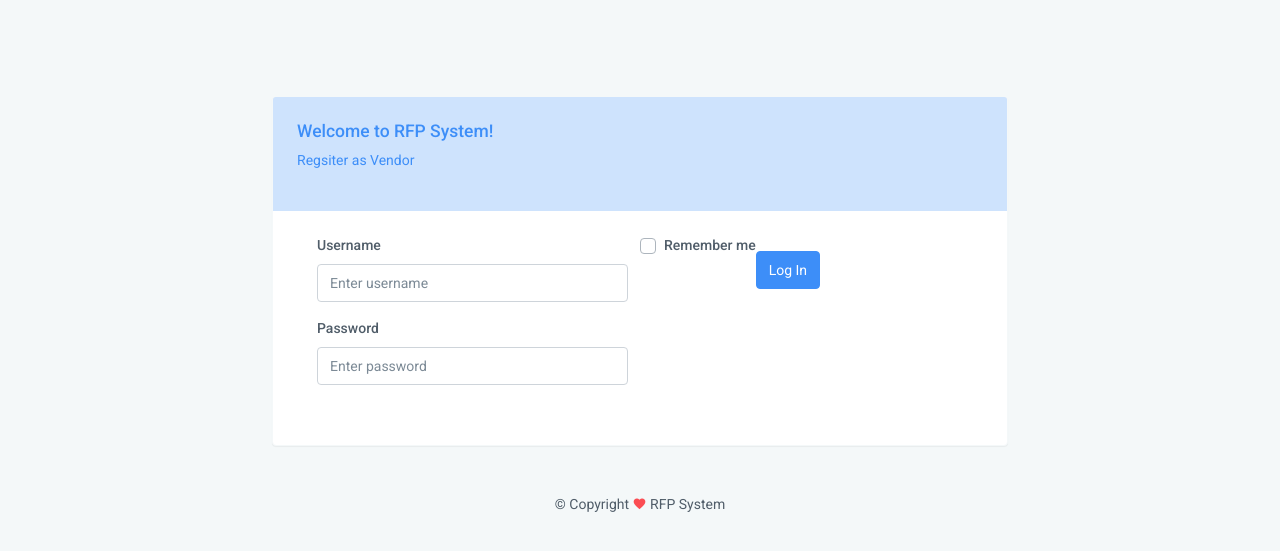
Repository: saurabhgithb/RFP-System
Page: register.html
The author's editor kept a copy of each file at every save. The page is drawn from the files as they stood at one save, then again after the next save.
The browser window is 1280 px wide. The pictures show the whole page.

Above is the page before, as saved 2023-01-04 14:27:12.

After the next save:
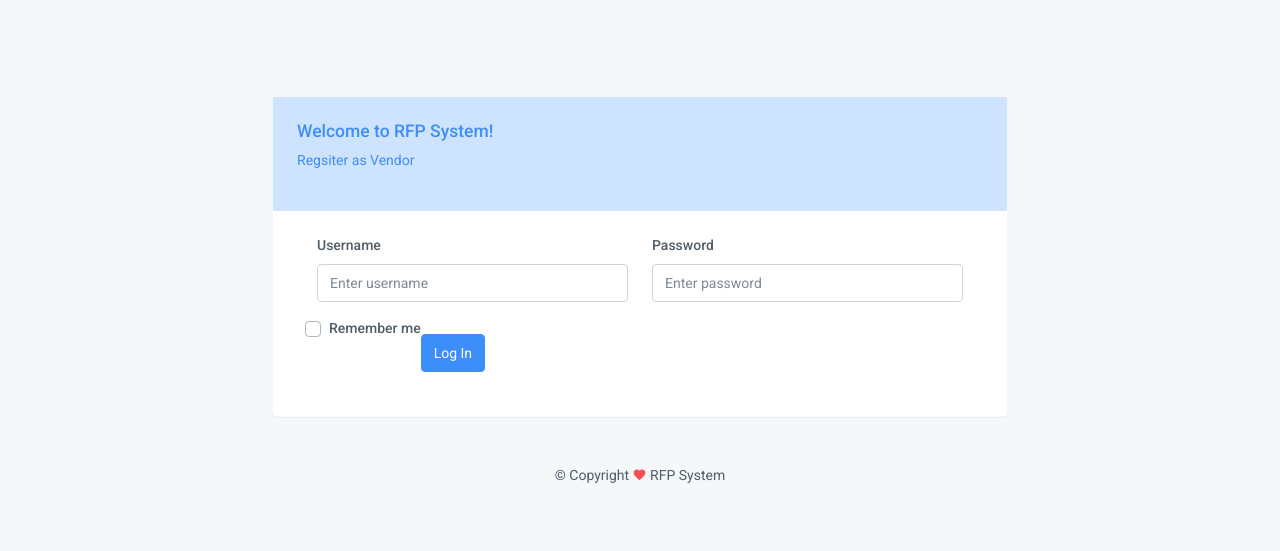
Saved 21 s later.
--- a/register.html
+++ b/register.html
@@ -49,7 +49,8 @@
                                                     <label for="username">Username</label>
                                                     <input type="text" class="form-control" id="username" placeholder="Enter username">
                                                 </div>
-
+                                            </div>
+                                            <div class="col-md-12 col-lg-6 col-xl-6">
                                                 <div class="form-group">
                                                     <label for="userpassword">Password</label>
                                                     <input type="password" class="form-control" id="userpassword" placeholder="Enter password">
